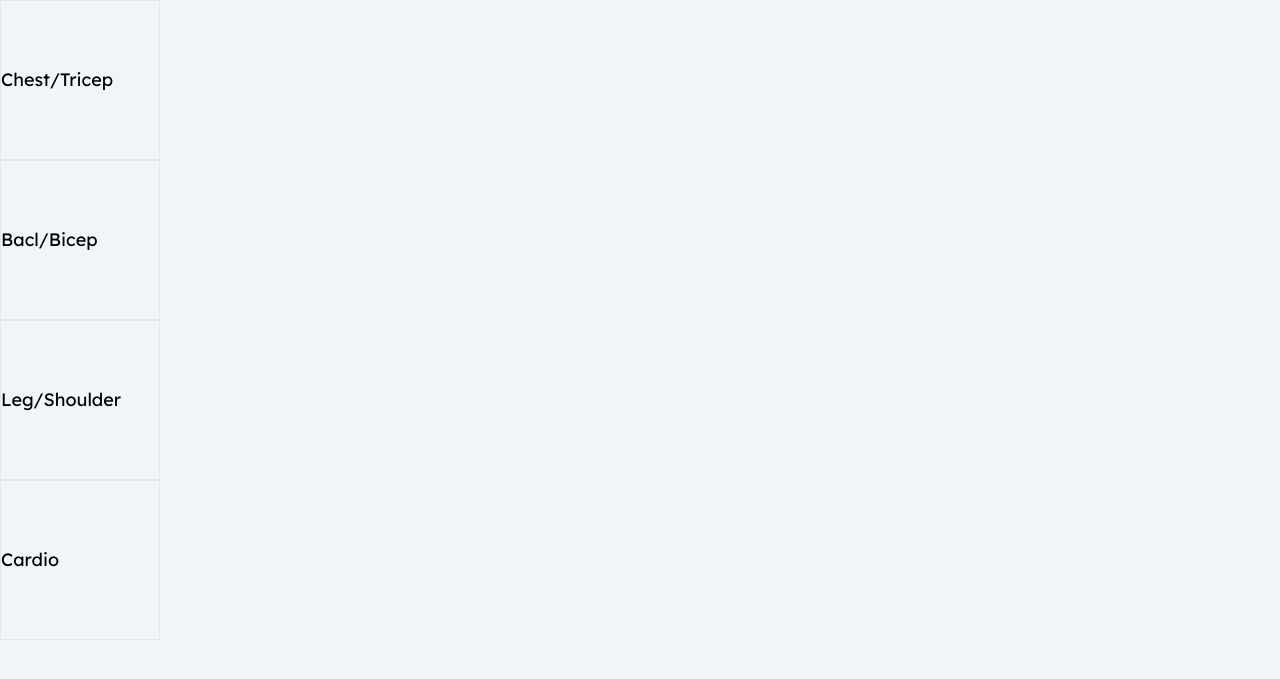
Repository: stavan30/tracker
Page: /
An editor plug-in stored every save of this project. The page is shown before and after the next save, followed by the edit.
The browser window is 1280 px wide. The pictures show the whole page.
The project was rebuilt for these pictures with package versions that can differ from the ones it lists, and the page was loaded fresh each time. Also part of the build but not shown: vite.config.js.

Above is the page before, as saved 2024-02-23 17:55:45.

After the next save:
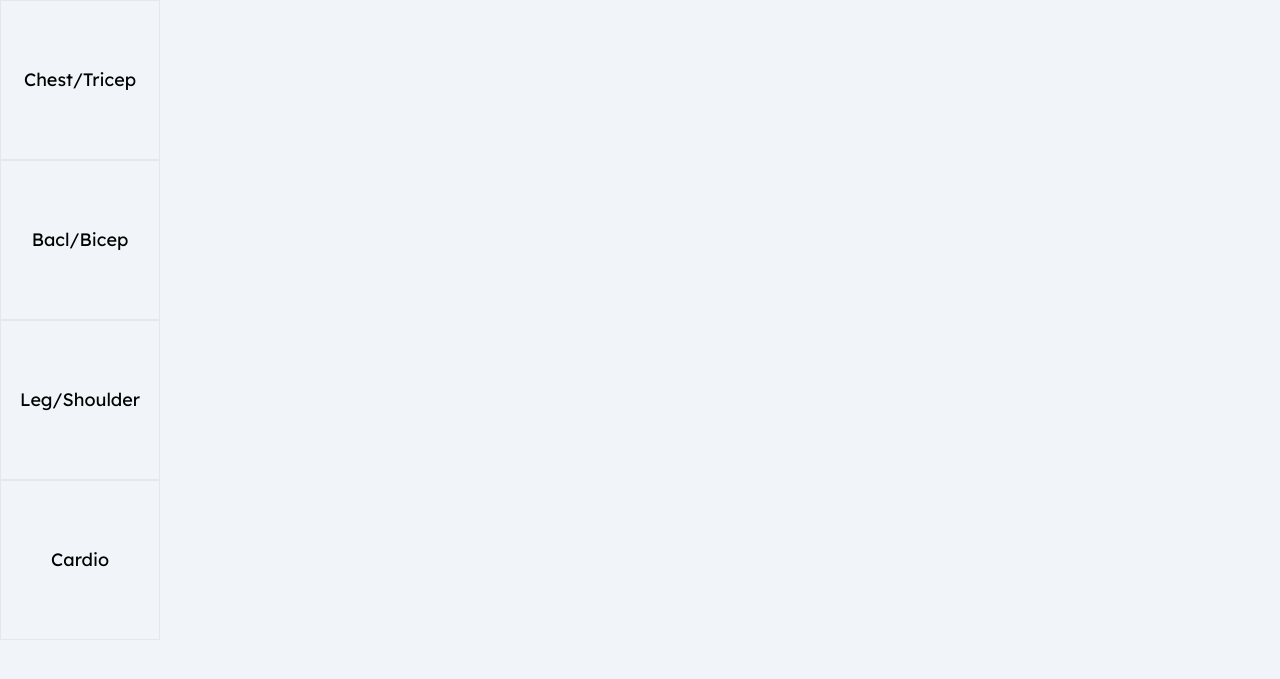
Saved 10 s later.
--- a/src/Components/Card.jsx
+++ b/src/Components/Card.jsx
@@ -2,7 +2,7 @@ import React from 'react'
 
 const Card = (props) => {
   return (
-    <div className='text-black text-lg font-lex border h-40 w-40 text-center flex items-center'>{props.day}</div>
+    <div className='text-black text-lg font-lex border h-40 w-40 text-center flex items-center justify-center'>{props.day}</div>
   )
 }
 
